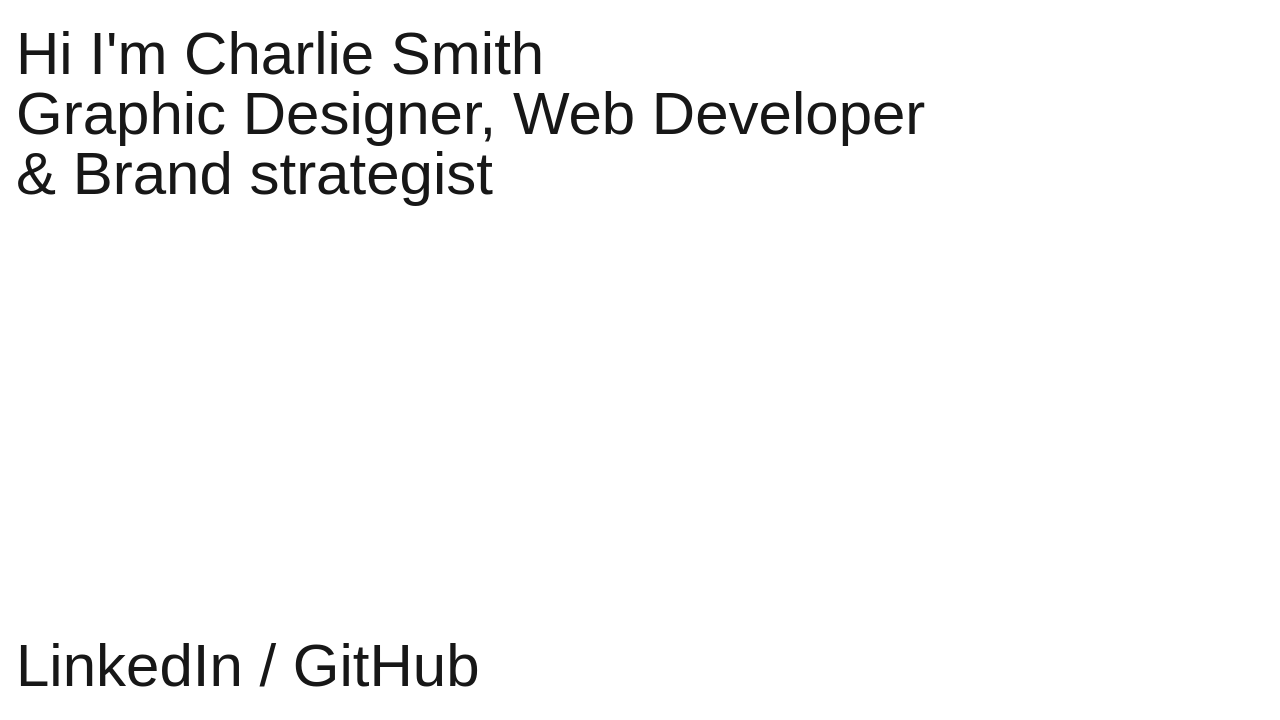
Repository: charlehs/portfolio
Page: /
These files come from the project's save history. The page is drawn as it stood at one moment and after a run of saves; the edit follows.
The browser window is 1280 px wide. The pictures show the whole page.
The project was rebuilt for these pictures with package versions that can differ from the ones it lists, and the page was loaded fresh each time. The framework's server and built-in components were replaced by stand-ins that run in the browser. Also part of the build but not shown: next.config.ts.

Above is the page before, as saved 2025-01-02 16:49:15.

### app/layout.tsx
import type { Metadata } from "next";
import localFont from "next/font/local";
import Nav from "./components/Nav";
import "./globals.css";

const geistSans = localFont({
  src: "./fonts/GeistVF.woff",
  variable: "--font-geist-sans",
  weight: "100 900",
});
const geistMono = localFont({
  src: "./fonts/GeistMonoVF.woff",
  variable: "--font-geist-mono",
  weight: "100 900",
});

export const metadata: Metadata = {
  title: "Create Next App",
  description: "Generated by create next app",
};

export default function RootLayout({
  children,
}: Readonly<{
  children: React.ReactNode;
}>) {
  return (
    <html lang="en">
      <body
        className={`${geistSans.variable} ${geistMono.variable} antialiased`}
      >
        {/* <Nav /> */}
        {children}
      </body>
    </html>
  );
}

### app/page.tsx
import Image from "next/image";

export default function Home() {
  return (
    <div className="px-4 py-6 flex flex-col justify-between h-screen ">
      <main className=" ">
        <p className=" text-6xl">
          Hi I'm Charlie Smith
          <br />{" "}
          <span className="text-6xl">
            Graphic Designer, Web Developer
            <br /> & Brand strategist
          </span>
        </p>
      </main>
      <footer className=" ">
        <p className=" text-6xl">LinkedIn / GitHub</p>
      </footer>
    </div>
  );
}

### app/globals.css
@tailwind base;
@tailwind components;
@tailwind utilities;

:root {
  --background: #ffffff;
  --foreground: #171717;
}

@media (prefers-color-scheme: dark) {
  :root {
    --background: #0a0a0a;
    --foreground: #ededed;
  }
}

body {
  color: var(--foreground);
  background: var(--background);
  font-family: Arial, Helvetica, sans-serif;
}

@font-face {
  font-family: "Harmond";
  src: url("/fonts/Harmond-SemiBoldCondensed.otf") format("opentype");
  font-weight: 600; /* Regular */
  font-style: normal;
}

@font-face {
  font-family: "Harmond";
  src: url("/fonts/Harmond-SemBdItaCond.otf") format("opentype");
  font-weight: 600; /* Bold */
  font-style: italic;
}
@font-face {
  font-family: "Harmond";
  src: url("/fonts/Harmond-ExtraBoldExpanded.otf") format("opentype");
  font-weight: 800; /* Bold */
  font-style: normal;
}

.harmond-text {
  font-family: "Harmond", sans-serif;
}

.extra-bold {
  font-family: "Harmond", sans-serif;
  font-weight: 800;
  font-style: normal;
}

Loaded but not shown: tailwind.config.ts (common file)

After the next 2 saves:
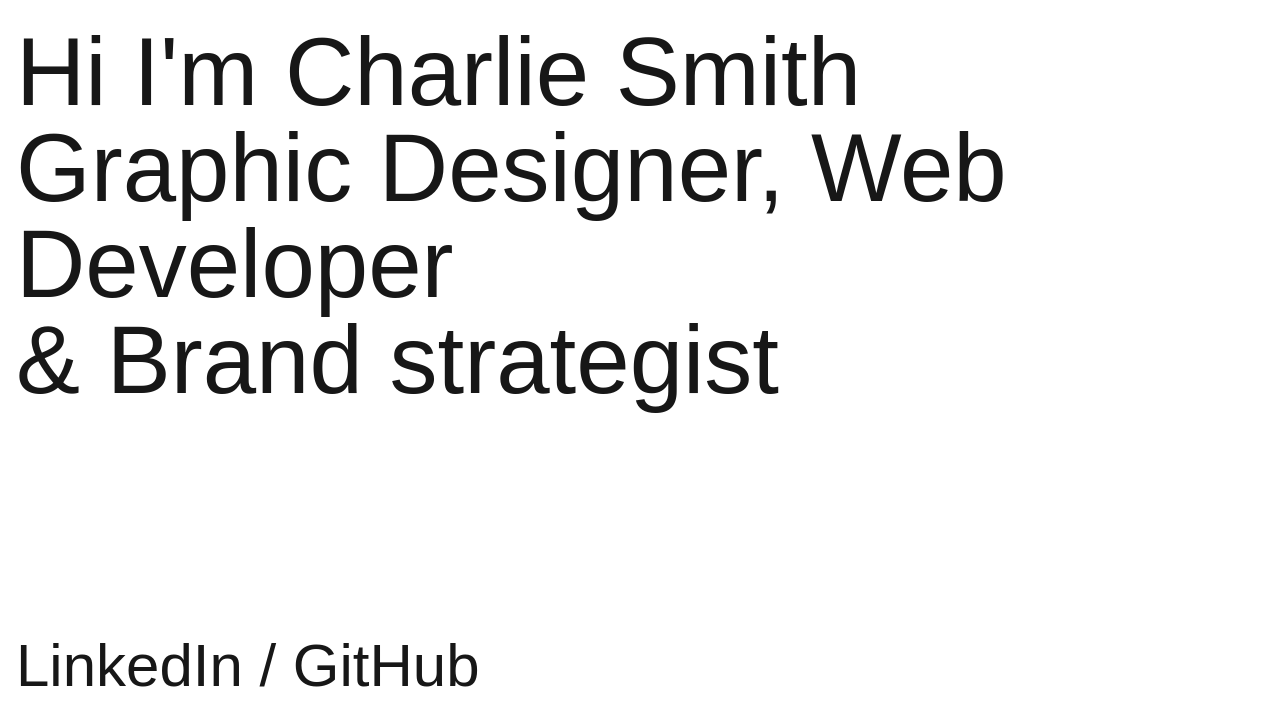
The 2 saves are shown as one change because they came seconds apart.
The last was saved 55 s later.
--- a/app/page.tsx
+++ b/app/page.tsx
@@ -4,10 +4,10 @@ export default function Home() {
   return (
     <div className="px-4 py-6 flex flex-col justify-between h-screen ">
       <main className=" ">
-        <p className=" text-6xl">
+        <p className=" text-8xl">
           Hi I'm Charlie Smith
           <br />{" "}
-          <span className="text-6xl">
+          <span>
             Graphic Designer, Web Developer
             <br /> & Brand strategist
           </span>
